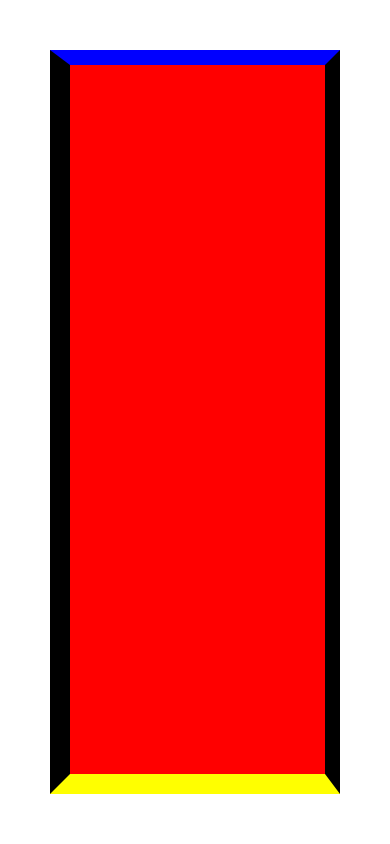
Repository: akinmiday/ReactNativeApp
Screen: /
These files come from the project's save history. The screen is drawn as it stood at one moment and after the next save; the edit follows.
The app was drawn by React Native's web renderer in a window 390 px wide. The project was rebuilt for these pictures with package versions that can differ from the ones it lists, and the page was loaded fresh each time.

Above is the screen before, as saved 2023-08-06 16:08:18.

### App.js
import { View, Text } from "react-native";
import styles from "./styles";
import { useState } from "react";

export default function App() {
  const { container } = styles;

  return (
    <View style={container}>
      <Text></Text>
    </View>
  );
}

### styles.js
import { StyleSheet } from "react-native";

const styles = StyleSheet.create({
  container: {
    backgroundColor: "red",
    flex: 1,
    padding: 20,
    margin: 50,
    borderBottomWidth: 20,
    borderTopWidth: 15,
    borderLeftWidth: 20,
    borderRightWidth: 15,
    borderBottomColor: "yellow",
    borderTopColor: "blue",
  },
  input: {
    backgroundColor: "pink",
    marginTop: 20,
    padding: 20,
    marginTop: 20,
    marginBottom: 20,
  },
  text: {
    color: "red",
    fontSize: 20,
    fontFamily: "Arial",
    fontStyle: "italic",
    fontWeight: "normal",
    letterSpacing: 1,
    textAlign: "auto",
    textDecorationLine: "underline",
    textDecorationColor: "green",
    textTransform: "lowercase",
  },
  button: {
    backgroundColor: "yellow",
    padding: 15,
    alignItems: "center",
    width: "50%",
    alignSelf: "center",
    borderWidth: 5,
    borderColor: "green",
    marginTop: 20,
  },
  item: {
    backgroundColor: "yellow",
    padding: 20,
    marginVertical: 5,
  },
  header: {
    fontSize: 15,
  },
  title: {
    fontSize: 10,
  },
});

export default styles;

After the next save:
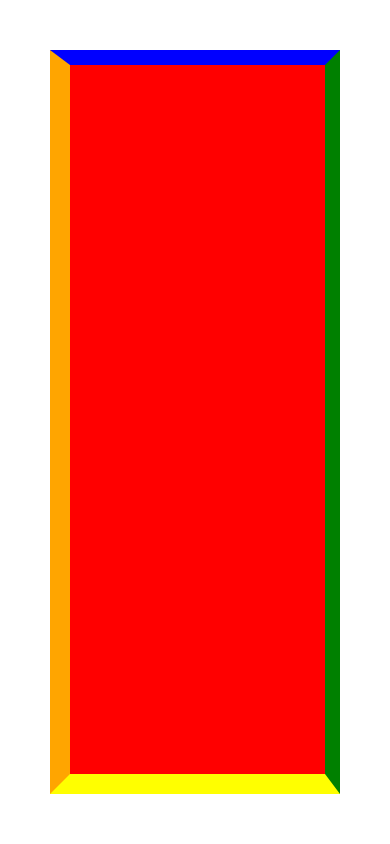
Saved 29 s later.
--- a/styles.js
+++ b/styles.js
@@ -12,6 +12,8 @@ const styles = StyleSheet.create({
     borderRightWidth: 15,
     borderBottomColor: "yellow",
     borderTopColor: "blue",
+    borderLeftColor: "orange",
+    borderRightColor: "green",
   },
   input: {
     backgroundColor: "pink",
